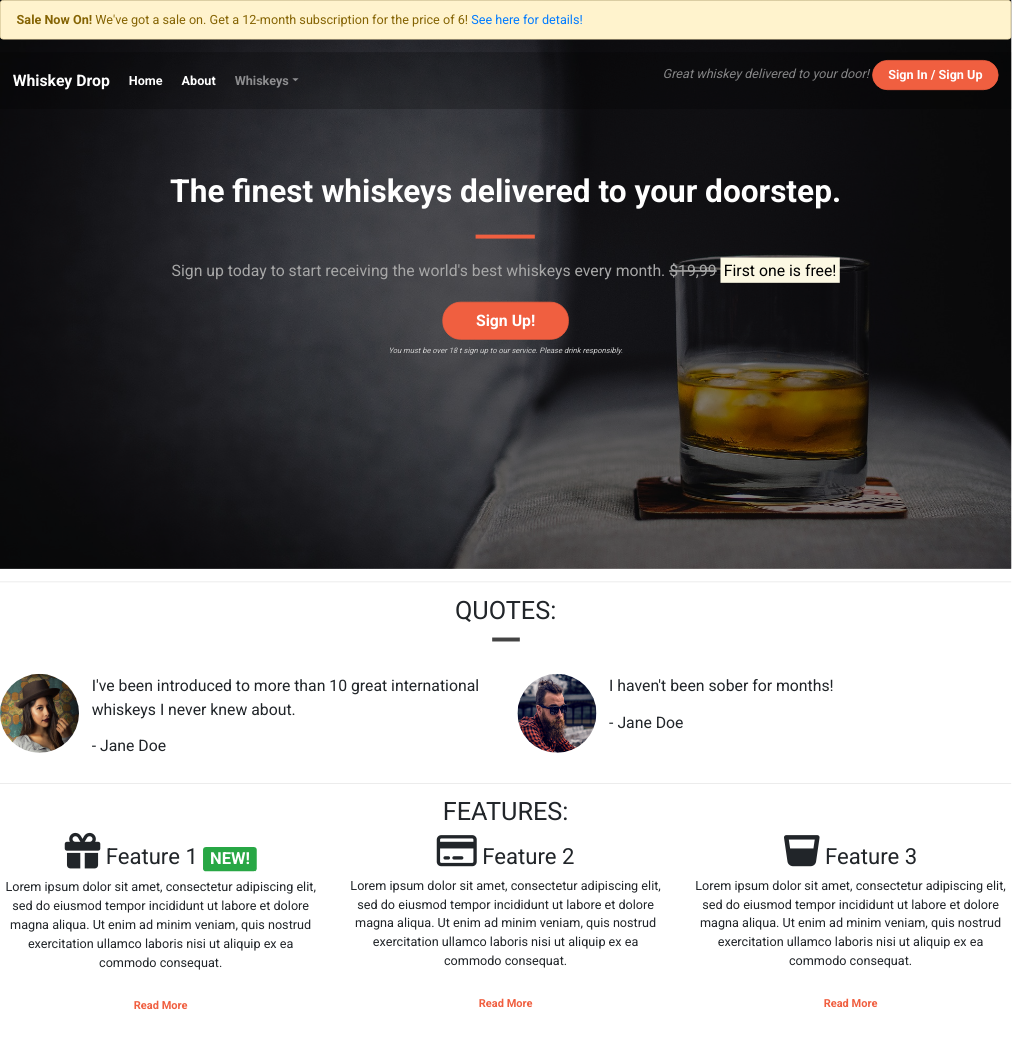
Repository: nitr-am/whiskey-project
Page: index.html
The author's editor kept a record of every edit. The page is drawn from the files as they stood at one moment, then again after the next edit.
The browser window is 1280 px wide. The page is 1295 px wide, so the pictures cover 1295 px, including what lies to the right of the window. The pictures show the whole page, at 79% of full size.
Backgrounds fixed to the window are drawn as part of the page. Some web libraries are served in a nearby version.

Above is the page before.

After the next edit:
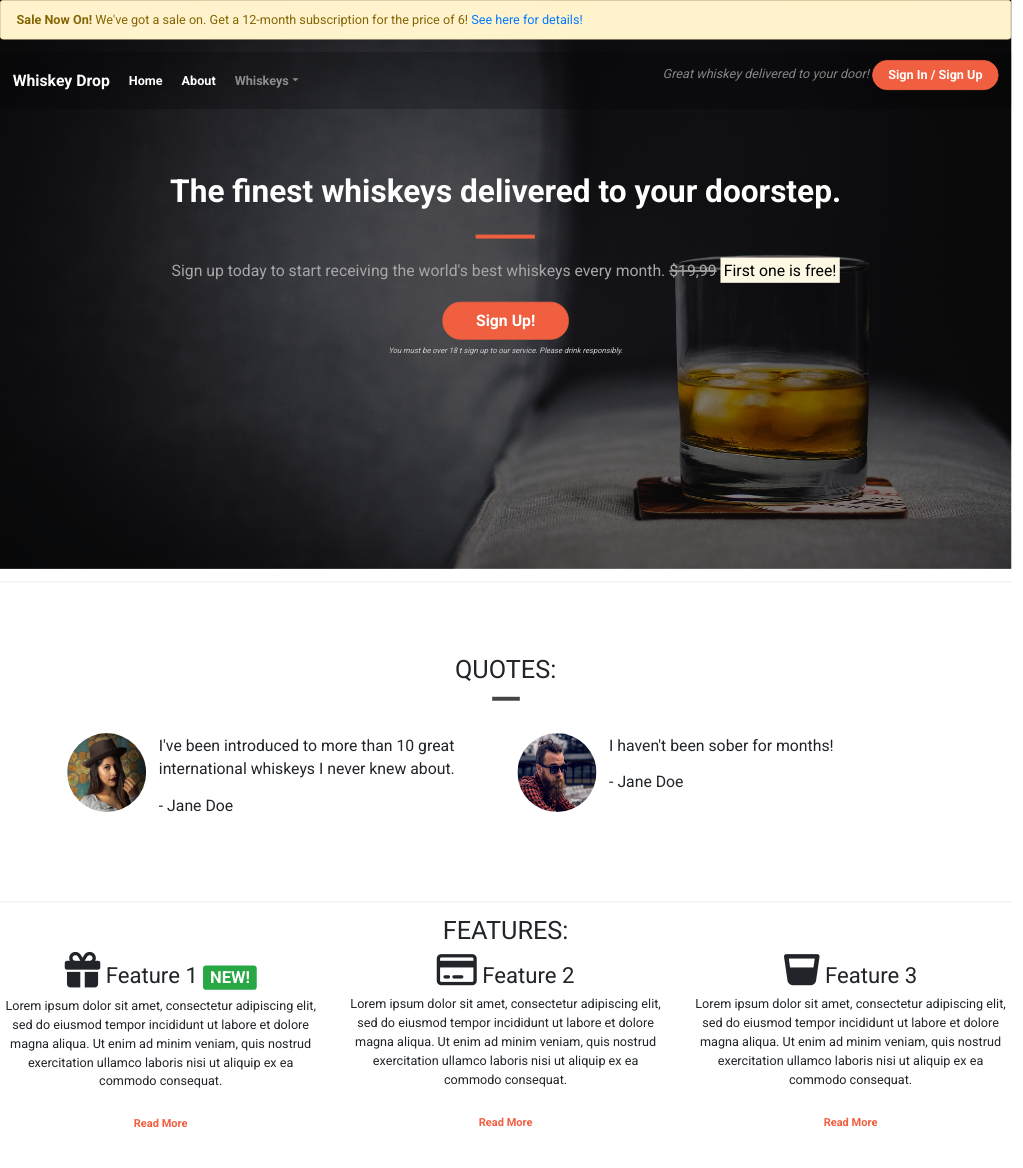
The edit:
--- a/index.html
+++ b/index.html
@@ -77,7 +77,7 @@
 
 
     <!-- Quotes -->
-    <div class="quotes-container">
+    <div class="container quotes-container content-container">
         <section class="quotes ">
             <div class="row ">
                 <div class="col-12 page-header">
